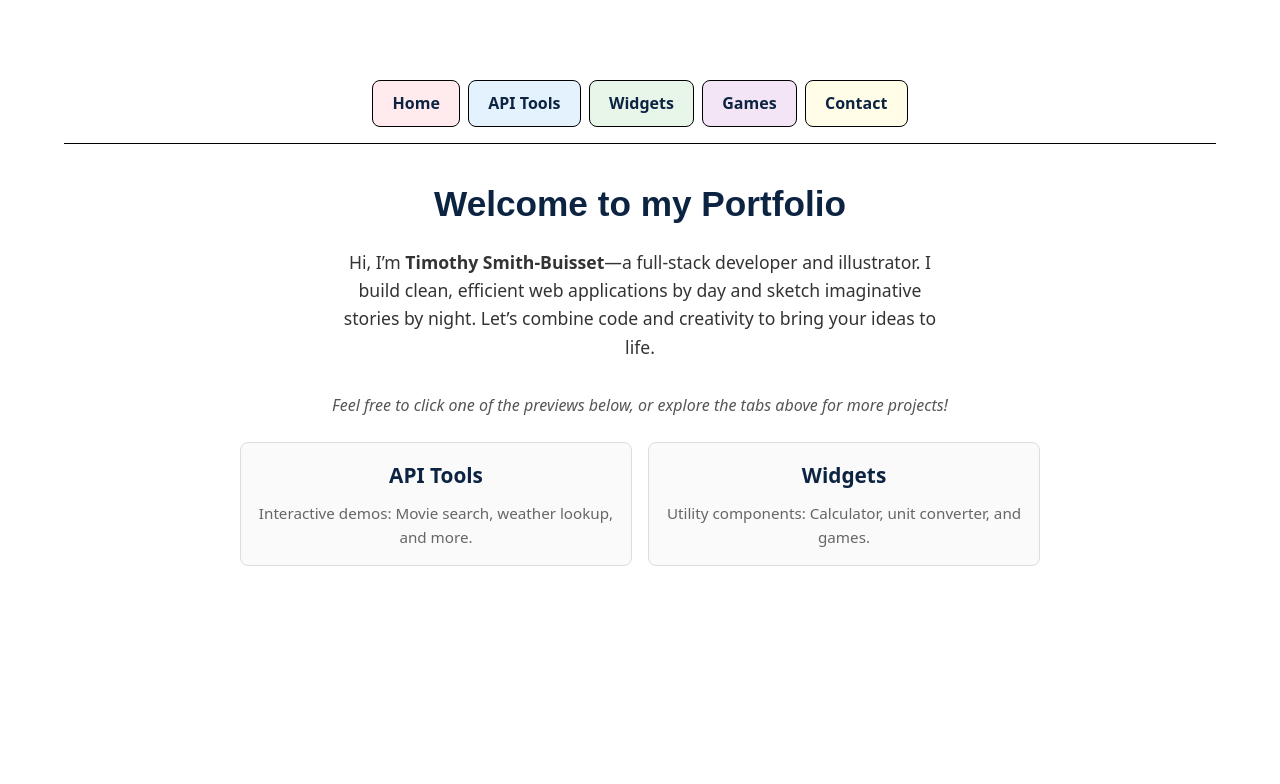
Repository: ourshadetree/TimPortfolio
Page: /
An editor plug-in stored every save of this project. The page is shown before and after the next save, followed by the edit.
The browser window is 1280 px wide. The pictures show the whole page.
The project was rebuilt for these pictures with package versions that can differ from the ones it lists, and the page was loaded fresh each time. Also part of the build but not shown: vite.config.js, src/components/MovieApi.vue, src/components/WeatherApi.vue, src/views/ApiTools.vue, src/components/Calculator.vue, src/components/UnitConverter.vue, src/views/Widgets.vue, src/components/RockPaperScissors.vue and 3 more. Imported but missing from the stored project, and not drawn on this page: src/assets/CurrentResumeTimSB.pdf.

Above is the page before, as saved 2025-05-07 14:56:39.

### src/main.js
// src/main.js
import { createApp } from 'vue'
import App        from './App.vue'
import { router } from './router'
import './assets/style.css'         // your reset / base styles

createApp(App)
  .use(router)
  .mount('#app')

### src/App.vue
<template>
  <div id="app">
    <header>
      <nav>
        <router-link
          to="/"
          class="tab tab--home"
          exact-active-class="router-link-active"
        >Home</router-link>

        <router-link
          to="/api-tools"
          class="tab tab--api"
          active-class="router-link-active"
        >API Tools</router-link>

        <router-link
          to="/widgets"
          class="tab tab--widgets"
          active-class="router-link-active"
        >Widgets</router-link>

        <router-link
          to="/games"
          class="tab tab--games"
          active-class="router-link-active"
        >Games</router-link>

        <router-link
          to="/contact"
          class="tab tab--contact"
          active-class="router-link-active"
        >Contact</router-link>
      </nav>
    </header>
    <main>
      <router-view />
    </main>
  </div>
</template>

<script setup>
// no script needed
</script>

<style scoped>
#app {
  background: white;
  min-height: 100vh;
}

/* header/nav styling */
header {
  padding: 1rem;
  border-bottom: 1px solid black;
  text-align: center;
}
nav {
  display: inline-flex;
  gap: 0.5rem;
  flex-wrap: wrap;
  justify-content: center;
}
nav a {
  padding: 0.5rem 1rem;
  border: 1px solid black;
  border-radius: 8px;
  color: #0C2442;
  text-decoration: none;
  font-weight: bold;
}

/* base tab style */
.tab {
  padding: 0.6rem 1.2rem;
  border: 1px solid #000;
  border-radius: 8px;
  text-decoration: none;
  font-weight: bold;
  color: #0C2442;
  transition: opacity 0.2s;
}
.tab:hover {
  opacity: 0.8;
}

/* Pastel for each tab */
.tab--home     { background: #FFEBEE; }
.tab--api      { background: #E3F2FD; }
.tab--widgets  { background: #E8F5E9; }
.tab--games    { background: #F3E5F5; }
.tab--contact  { background: #FFFDE7; }
</style>

### src/router/index.js
// src/router/index.js
import { createRouter, createWebHistory } from 'vue-router'
import HomeView    from '../views/HomeView.vue'
import ApiTools    from '../views/ApiTools.vue'
import Widgets     from '../views/Widgets.vue'
import Games       from '../views/Games.vue'
import Contact     from '../views/Contact.vue'

const routes = [
  { path: '/',           name: 'Home',      component: HomeView },
  { path: '/api-tools',   name: 'API Tools', component: ApiTools },
  { path: '/widgets',     name: 'Widgets',   component: Widgets },
  { path: '/games',       name: 'Games',     component: Games },
  { path: '/contact',     name: 'Contact',   component: Contact },
]

export const router = createRouter({
  history: createWebHistory(),
  routes,
})

### src/assets/style.css
/* ------------------------------------------------------------------------
   src/assets/style.css
   Updated: Mobile‑first responsive enhancements included
   ————————————————————————————————————————————————————————————————
   1) Reset / base
   2) Layout (#app, header/nav)
   3) Typography (h1)
   4) Tabs (.tab, .tab--*)
   5) Buttons, links, etc.
   6) Responsive/mobile tweaks
   ------------------------------------------------------------------------ */

/* 1) -------- Reset / Base -------- */
:root {
  /* overall color scheme */
  background-color: #ffffff;
  color: #0C2442; /* dark blue text */
  font-family: Karla, system-ui, sans-serif;
  line-height: 1.5;
}

*,
*::before,
*::after {
  box-sizing: border-box;
  margin: 0;
  padding: 0;
}

/* 2) -------- #app & header/nav layout -------- */
#app {
  max-width: 1280px;
  margin: 0 auto;
  padding: 2rem;
  text-align: center;
  background: white;
  min-height: 100vh;
}

header {
  padding-bottom: 1rem;
  border-bottom: 1px solid black;
  margin-bottom: 2rem;
}

nav {
  display: inline-flex;
  gap: 0.5rem;
  flex-wrap: wrap;
  justify-content: center;
}

/* 3) -------- Typography -------- */
#app h1 {
  font-family: 'Sora', sans-serif;
  font-size: 2.2rem;
  font-weight: 900;
  margin: 1rem 0;
}

/* 4) -------- Tabs -------- */
.tab {
  display: inline-block;
  padding: 0.6rem 1.2rem;
  border: 1px solid black;
  border-radius: 8px;
  text-decoration: none;
  font-weight: bold;
  color: #0C2442;
  transition: opacity 0.2s;
}
.tab:hover {
  opacity: 0.8;
}

/* Pastel for each */
.tab--home     { background: #FFEBEE; } /* very light pink */
.tab--api      { background: #E3F2FD; } /* very light blue */
.tab--widgets  { background: #E8F5E9; } /* very light green */
.tab--games    { background: #F3E5F5; } /* very light purple */
.tab--contact  { background: #FFFDE7; } /* very light yellow */

/* Only highlight the exact‑matching link in the navbar */
nav a.router-link-exact-active {
  background: yellow !important;
}


/* 5) -------- Buttons & Links -------- */
button {
  border-radius: 8px;
  border: 1px solid black;
  padding: 0.6rem 1.2rem;
  font: inherit;
  background: #f0f0f0;
  cursor: pointer;
  transition: background 0.2s;
  width: auto;
}
button:hover {
  background: #e0e0e0;
}

a {
  color: inherit;
  text-decoration: none;
}

/* 6) -------- Responsive / Mobile‑first Tweaks -------- */

/* Ensure full-width form controls touch targets */
input,
select,
button {
  width: 100%;
  max-width: 100%;
  box-sizing: border-box;
}

@media (min-width: 480px) {
  input,
  select,
  button {
    width: auto;
  }
}

/* Scale down main heading on smaller screens */
@media (max-width: 479px) {
  #app h1 {
    font-size: 1.8rem;
  }
}

/* Preview grid adjustments (if used) */
.preview-grid {
  display: grid;
  grid-template-columns: 1fr;
  gap: 1rem;
}
@media (min-width: 480px) {
  .preview-grid {
    grid-template-columns: repeat(auto-fit, minmax(240px, 1fr));
  }
}

/* Increase line-height for readability on mobile */
body {
  line-height: 1.6;
}

/* Ensure sections have padding on small screens */
@media (max-width: 479px) {
  #app {
    padding: 1rem;
  }
}

### src/views/HomeView.vue
<template>
    <section class="hero">
      <h1>Welcome to my Portfolio</h1>
      <p id="aboutMe">
        Hi, I’m <strong>Timothy Smith‑Buisset</strong>—a full‑stack developer and illustrator. I build clean, efficient web applications by day and sketch imaginative stories by night. Let’s combine code and creativity to bring your ideas to life.
      </p>
    </section>

    <p class="browse-message">
      Feel free to click one of the previews below, or explore the tabs above for more projects!
    </p>

    <div class="preview-grid">
      <router-link to="/api-tools" class="preview-card">
        <h3>API Tools</h3>
        <p>Interactive demos: Movie search, weather lookup, and more.</p>
      </router-link>

      <router-link to="/widgets" class="preview-card">
        <h3>Widgets</h3>
        <p>Utility components: Calculator, unit converter, and games.</p>
      </router-link>
    </div>
  </template>

  <script setup>
  // No additional script logic needed for static previews
  </script>

  <style scoped>
  .hero {
    text-align: center;
    margin-bottom: 2rem;
  }

  .hero h1 {
    font-size: 2.5rem;
    margin-bottom: 0.5rem;
  }

  #aboutMe {
    font-size: 1.1rem;
    max-width: 600px;
    margin: 0.5rem auto;
    line-height: 1.6;
    color: #333;
  }

  .browse-message {
    text-align: center;
    font-style: italic;
    margin-bottom: 1.5rem;
    color: #555;
  }

  .preview-grid {
    display: grid;
    grid-template-columns: repeat(auto-fit, minmax(240px, 1fr));
    gap: 1rem;
    max-width: 800px;
    margin: 0 auto;
  }

  .preview-card {
    display: block;
    border: 1px solid #ddd;
    border-radius: 8px;
    padding: 1rem;
    background: #fafafa;
    text-decoration: none;
    color: inherit;
    transition: background 0.2s, transform 0.2s;
  }

  .preview-card:hover {
    background: #f0f0f0;
    transform: translateY(-2px);
  }

  .preview-card h3 {
    margin-bottom: 0.5rem;
    font-size: 1.3rem;
  }

  .preview-card p {
    font-size: 0.95rem;
    color: #666;
  }
  </style>

Loaded but not shown: index.html (common file)

After the next save:
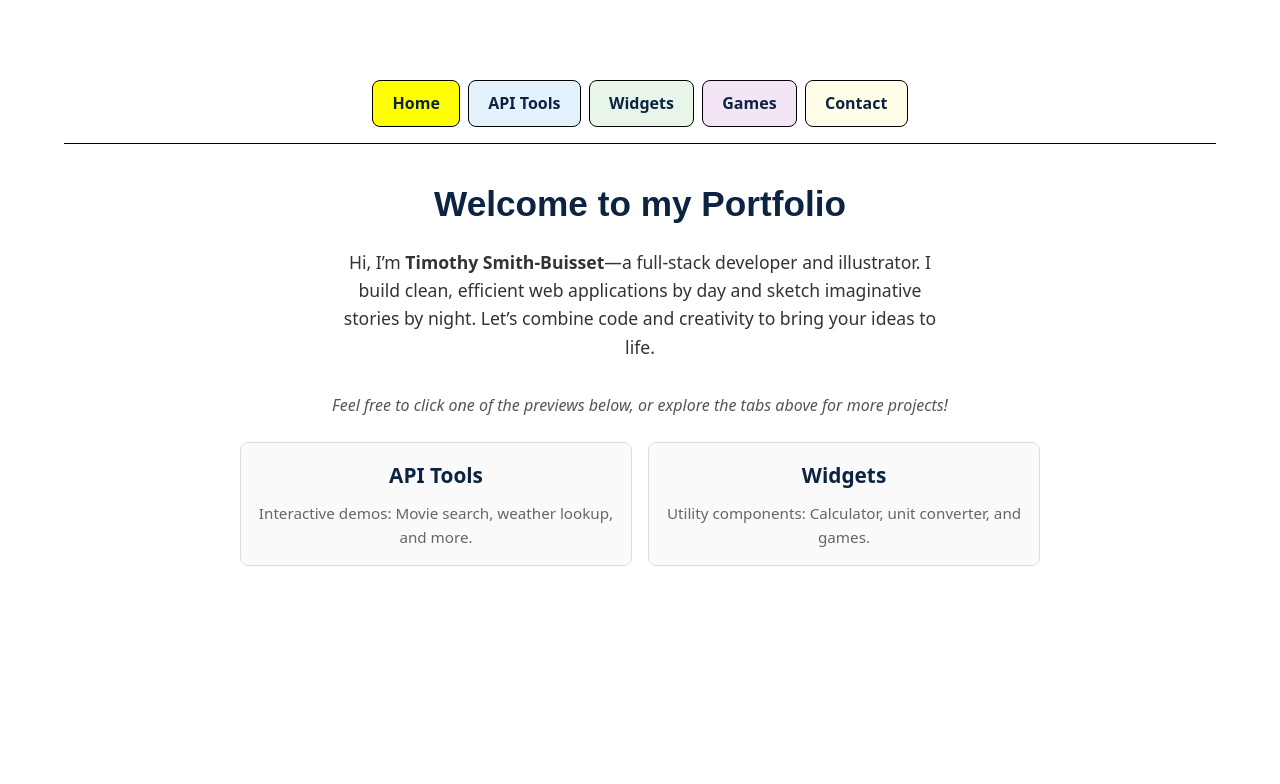
Saved 45 s later.
--- a/src/App.vue
+++ b/src/App.vue
@@ -70,6 +70,11 @@ nav a {
   font-weight: bold;
 }
 
+/* Highlight only exact-active links */
+nav a.router-link-active {
+  background: yellow !important;
+}
+
 /* base tab style */
 .tab {
   padding: 0.6rem 1.2rem;
